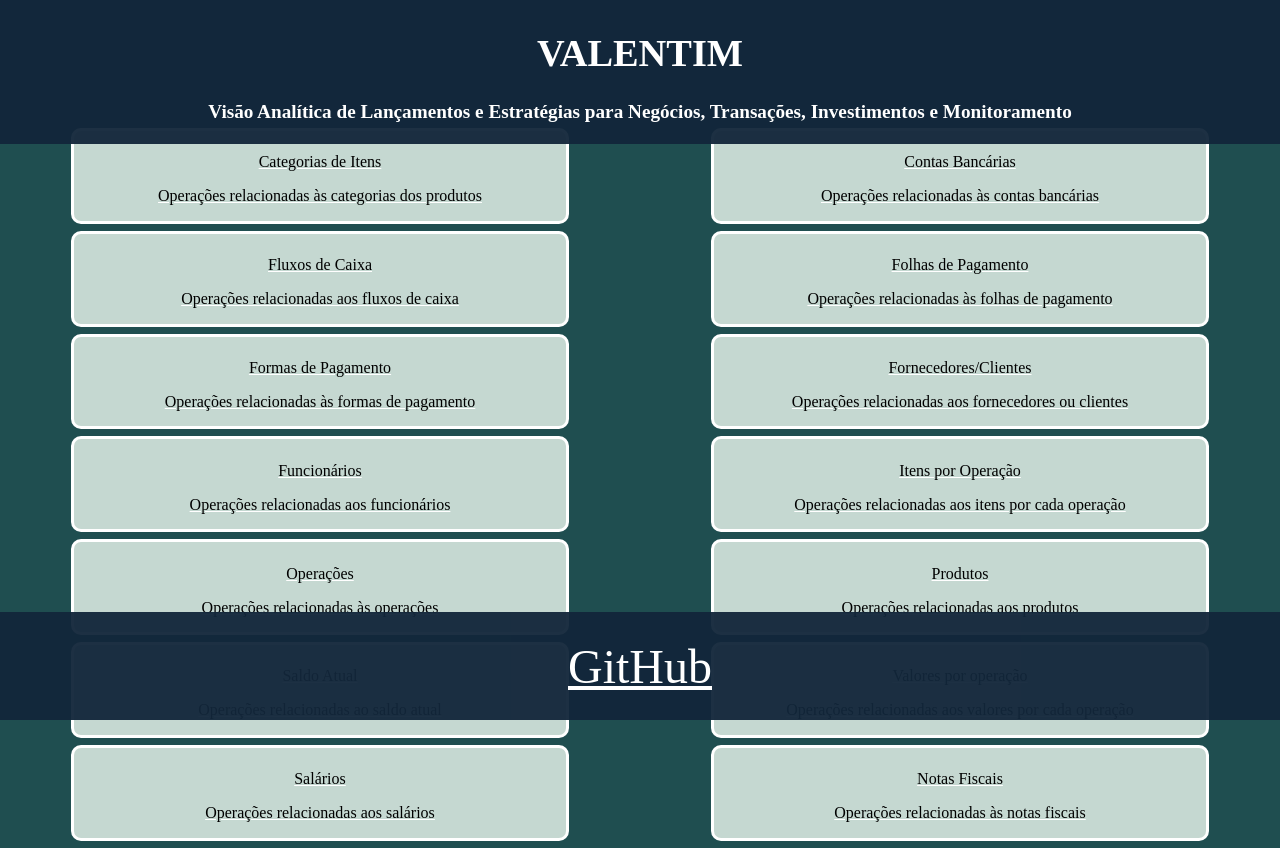
Repository: Matheus-Lacerda009/ERP-Financeiro
Page: Front/menu/menu.html
An editor plug-in stored every save of this project. The page is shown before and after the next save, followed by the edit.
The browser window is 1280 px wide. The pictures show the whole page.

Above is the page before, as saved 2026-07-13 19:24:34.

After the next save:
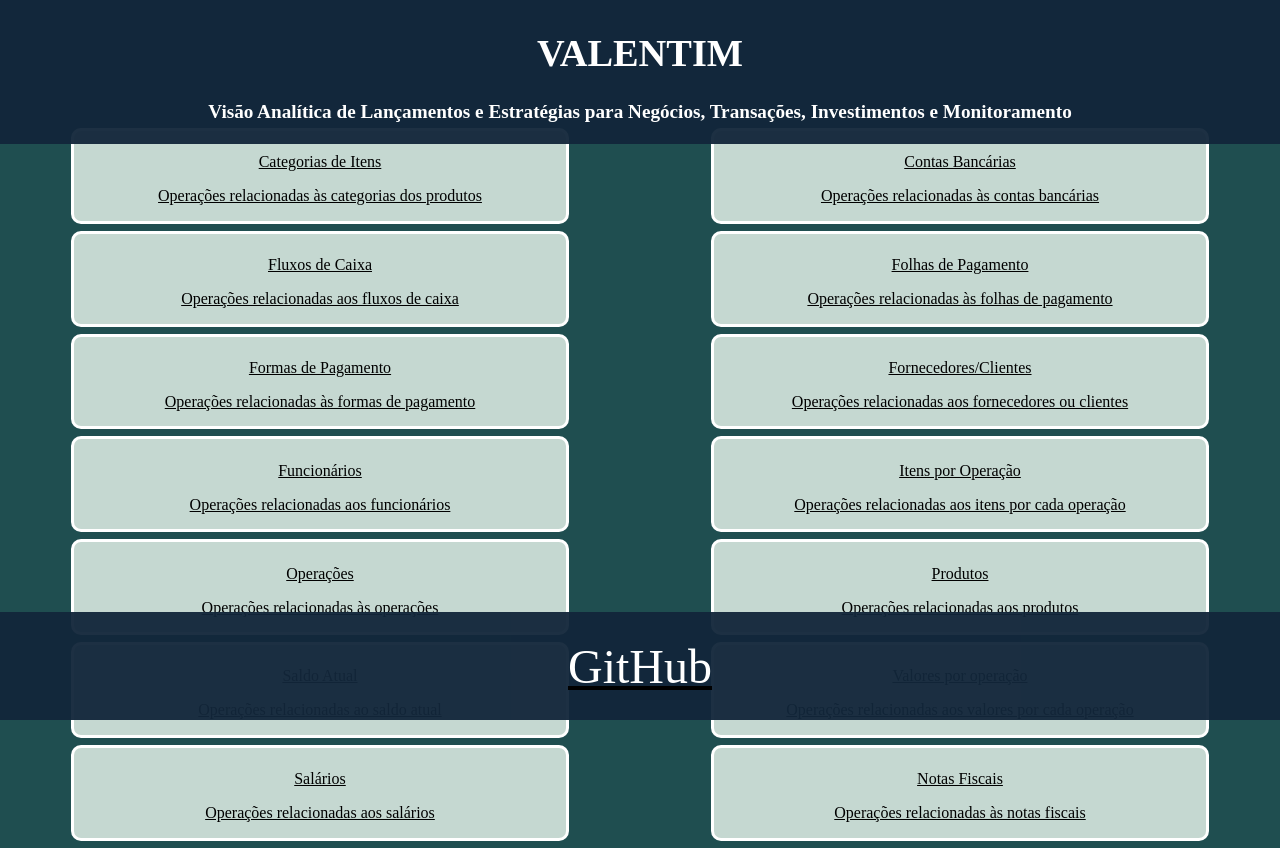
Saved 5 s later.
--- a/Front/menu/menu.css
+++ b/Front/menu/menu.css
@@ -67,7 +67,7 @@ body{
 }
 
 a{
-    text-decoration-color: white;
+    text-decoration-color: black;
 }
 
 .divEntidades:hover{
